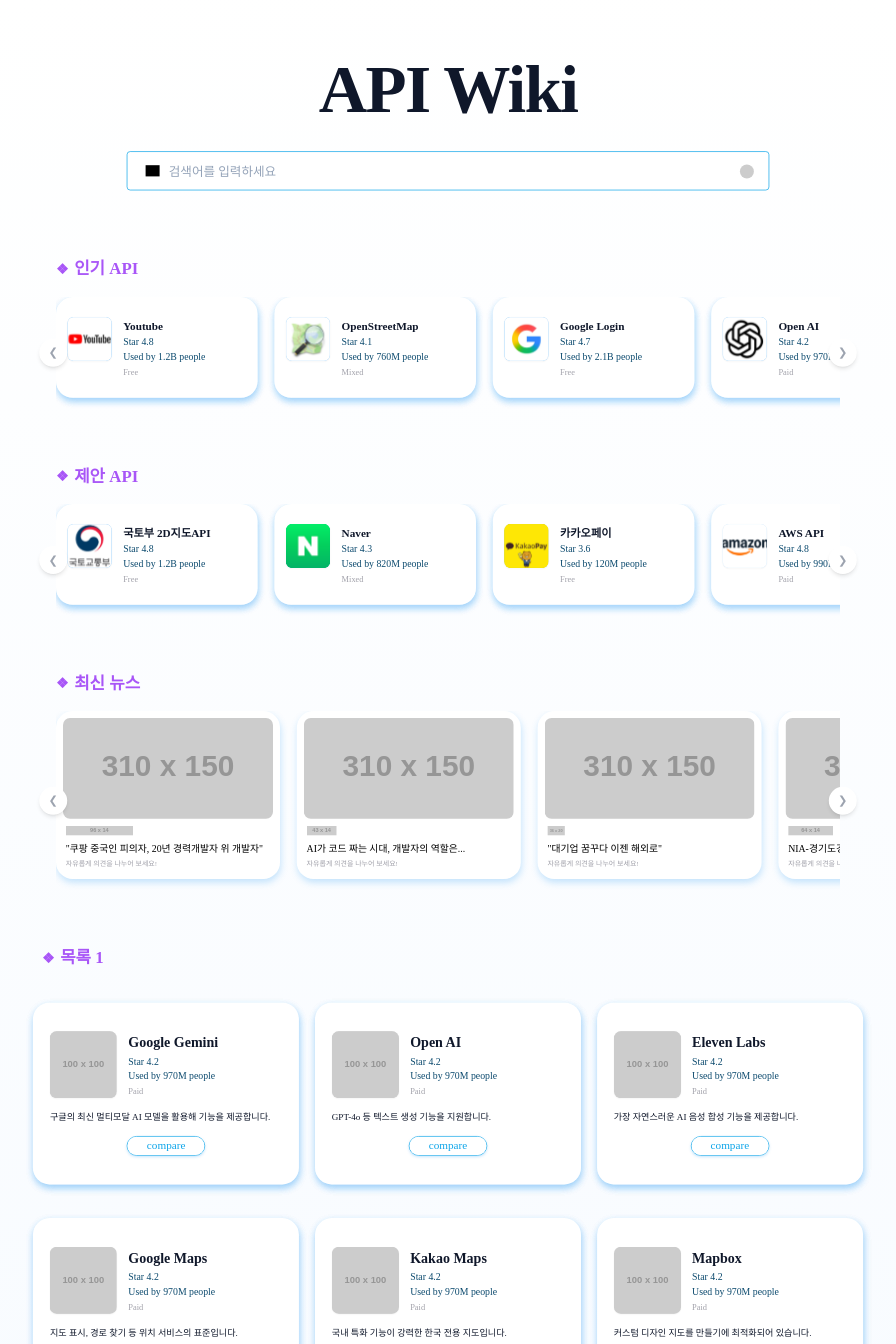
Repository: umc-apiwiki/FE_v1
Page: /
An editor plug-in stored every save of this project. The page is shown before and after the next save, followed by the edit.
The browser window is 1280 px wide. The pictures show the part of the page from y = 0 to 1920 px (the page is 8511 px tall), at 70% of full size.
The project was rebuilt for these pictures with package versions that can differ from the ones it lists, and the page was loaded fresh each time. Also part of the build but not shown: vite.config.ts.

Above is the page before, as saved 2026-01-17 20:46:57.

After the next save:
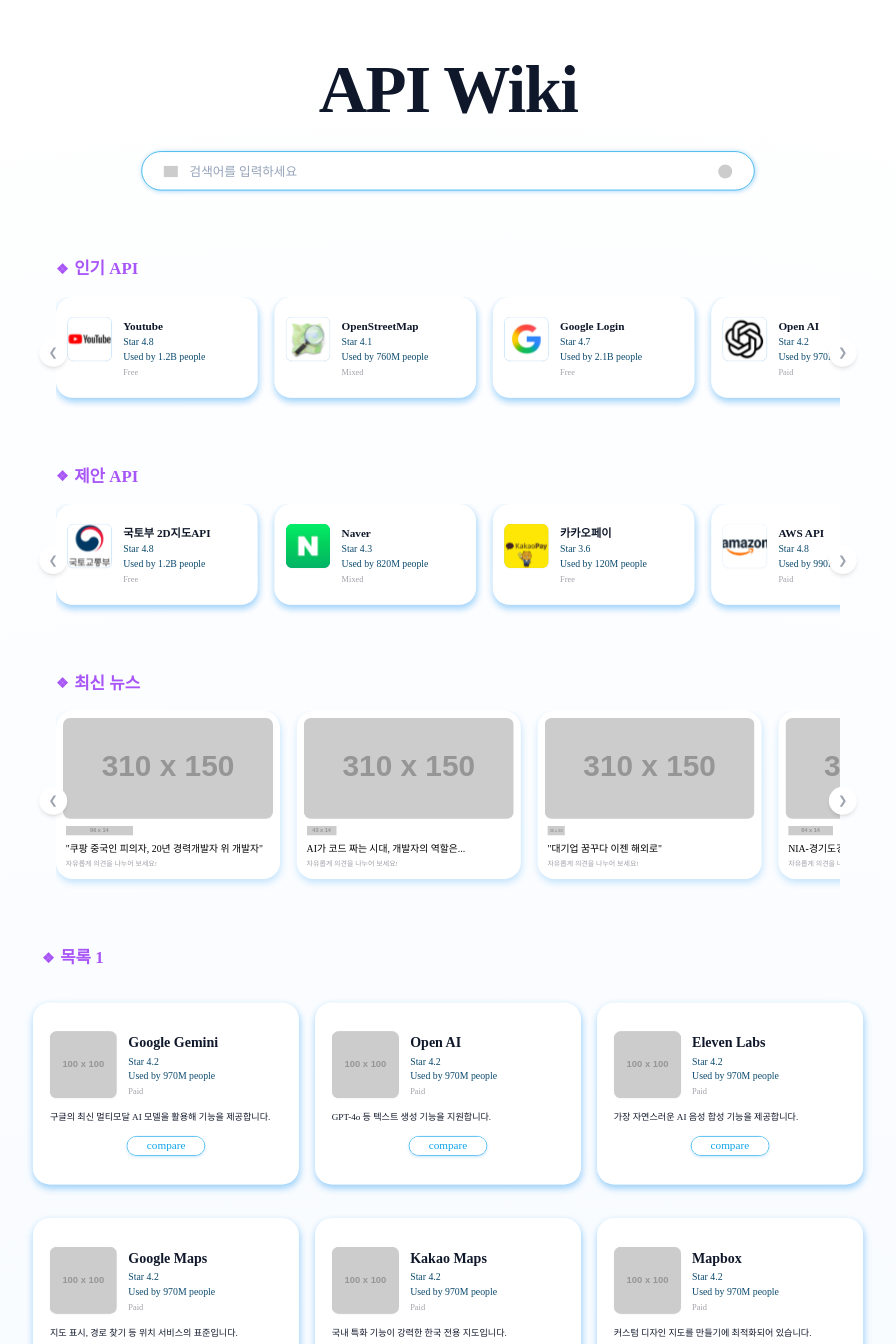
Saved 7 min 27 s later.
--- a/src/components/SearchBar.tsx
+++ b/src/components/SearchBar.tsx
@@ -4,7 +4,7 @@
   const [isOpen, setIsOpen] = useState(false);
   const containerRef = useRef<HTMLDivElement>(null);
 
-  // 보내주신 검색어 데이터 4개
+  // 검색어 데이터
   const recentSearches = [
     'AWS API',
     '네이버지도 API',
@@ -12,7 +12,7 @@
     '게임 앱 API',
   ];
 
-  // 외부 클릭 시 닫기 기능
+  // 외부 클릭 시 닫기
   useEffect(() => {
     function handleClickOutside(event: MouseEvent) {
       if (
@@ -31,66 +31,62 @@
   return (
     <div
       ref={containerRef}
-      // 1. 전체 컨테이너: Figma의 w-[918px] 반영
+      // 1. 메인 컨테이너 스타일: 보내주신 코드 (w-[876px], rounded-[34px], shadow, border) 적용
       className={`
-        relative mx-auto bg-white transition-all duration-300 ease-in-out z-50 overflow-hidden
-        w-[918px] border border-sky-500 box-border
+        relative mx-auto bg-white overflow-hidden transition-all duration-300 ease-in-out z-50
+        w-[876px] shadow-[1px_1px_5px_2px_rgba(33,150,243,0.25)] border-sky-500 box-border
         ${
           isOpen
-            ? 'h-[340px] rounded-[5px] shadow-lg' // 열렸을 때
-            : 'h-14 rounded-[5px]' // 닫혔을 때 (기본 높이)
+            ? 'h-[360px] rounded-[34px] border' // 열렸을 때
+            : 'h-14 rounded-[34px] border' // 닫혔을 때
         }
       `}
     >
-      {/* 2. 상단 입력창 영역 (내부 w-[878px]로 중앙 정렬) */}
-      <div className="h-14 w-[878px] mx-auto flex items-center relative shrink-0">
-        {/* [로고 아이콘 자리] - Figma의 left-[26px] 위치 반영 */}
-        <div className="absolute left-[6px] top-[16px] w-6 h-6 overflow-hidden">
-          {/* 검은색 네모 (추후 아이콘으로 교체하세요) */}
-          <div className="w-5 h-4 bg-black absolute left-[1px] top-[3px]" />
+      {/* 2. 상단 입력창 영역 */}
+      <div className="h-14 w-full flex items-center px-[30px] relative shrink-0">
+        {/* [로고 아이콘 자리] - 임시 검은 네모 */}
+        <div className="w-6 h-6 flex items-center justify-center mr-4">
+          <div className="w-5 h-4 bg-black/20" />
         </div>
 
-        {/* 입력창 - Figma의 left-[60px] 텍스트 위치 반영 */}
+        {/* 입력창 */}
         <input
           type="text"
-          className="w-full h-full pl-[40px] text-lg text-slate-900 font-medium font-['Pretendard_Variable'] placeholder:text-slate-400 outline-none bg-transparent"
+          className="w-full h-full text-lg text-slate-900 font-medium font-['Pretendard_Variable'] placeholder:text-slate-400 outline-none bg-transparent"
           placeholder="검색어를 입력하세요"
           onFocus={() => setIsOpen(true)}
         />
 
         {/* [돋보기 아이콘 자리] - 우측 끝 */}
-        <div className="absolute right-0 top-1/2 -translate-y-1/2 w-6 h-6 flex items-center justify-center cursor-pointer">
-          <div className="w-5 h-5 bg-black/20 rounded-full" />{' '}
-          {/* 임시 아이콘 */}
+        <div className="w-6 h-6 flex items-center justify-center cursor-pointer ml-4">
+          <div className="w-5 h-5 bg-black/20 rounded-full" />
         </div>
       </div>
 
-      {/* 3. 하단 검색 기록 리스트 (열렸을 때만 보임) */}
+      {/* 3. 하단 검색 기록 리스트 */}
       <div
-        className={`w-[878px] mx-auto pt-2 pb-4 flex flex-col gap-1 transition-opacity duration-300 ${
-          isOpen ? 'opacity-100' : 'opacity-0'
-        }`}
+        className={`w-full pt-2 pb-6 px-[10px] flex flex-col gap-1 transition-opacity duration-300 ${isOpen ? 'opacity-100' : 'opacity-0'}`}
       >
         {recentSearches.map((text, index) => (
           <div
             key={index}
-            // 4. 리스트 아이템 스타일 (여기가 핵심!)
-            className="group relative w-full h-14 flex items-center cursor-pointer transition-all duration-200
-            hover:bg-sky-500/10 hover:rounded-tr-3xl hover:rounded-br-3xl"
+            // 4. 리스트 아이템 스타일: 마우스 올리면 배경 연한 하늘색 + 오른쪽만 둥글게 (보내주신 효과)
+            className="group relative w-full h-14 flex items-center px-[20px] cursor-pointer transition-all duration-200
+            hover:bg-sky-500/10 hover:rounded-tr-[30px] hover:rounded-br-[30px]"
           >
-            {/* 시계 아이콘 (왼쪽) */}
-            <div className="absolute left-[6px] w-6 h-6 overflow-hidden">
-              <div className="w-5 h-4 bg-black absolute left-[1px] top-[3px]" />
+            {/* 시계 아이콘 */}
+            <div className="w-6 h-6 flex items-center justify-center mr-4">
+              <div className="w-5 h-4 bg-black/20" />
             </div>
 
             {/* 텍스트 */}
-            <span className="absolute left-[40px] text-slate-900 text-lg font-medium font-['Pretendard_Variable']">
+            <span className="text-slate-900 text-lg font-medium font-['Pretendard_Variable'] flex-1">
               {text}
             </span>
 
-            {/* X 버튼 (오른쪽) - Hover 시에만 등장 */}
-            <div className="absolute right-[20px] w-6 h-6 overflow-hidden opacity-0 group-hover:opacity-100 transition-opacity">
-              <div className="w-5 h-5 bg-black absolute left-[2px] top-[2px]" />
+            {/* X 버튼 - Hover 시 등장 */}
+            <div className="w-6 h-6 flex items-center justify-center opacity-0 group-hover:opacity-100 transition-opacity">
+              <div className="w-5 h-5 bg-black/20" />
             </div>
           </div>
         ))}
